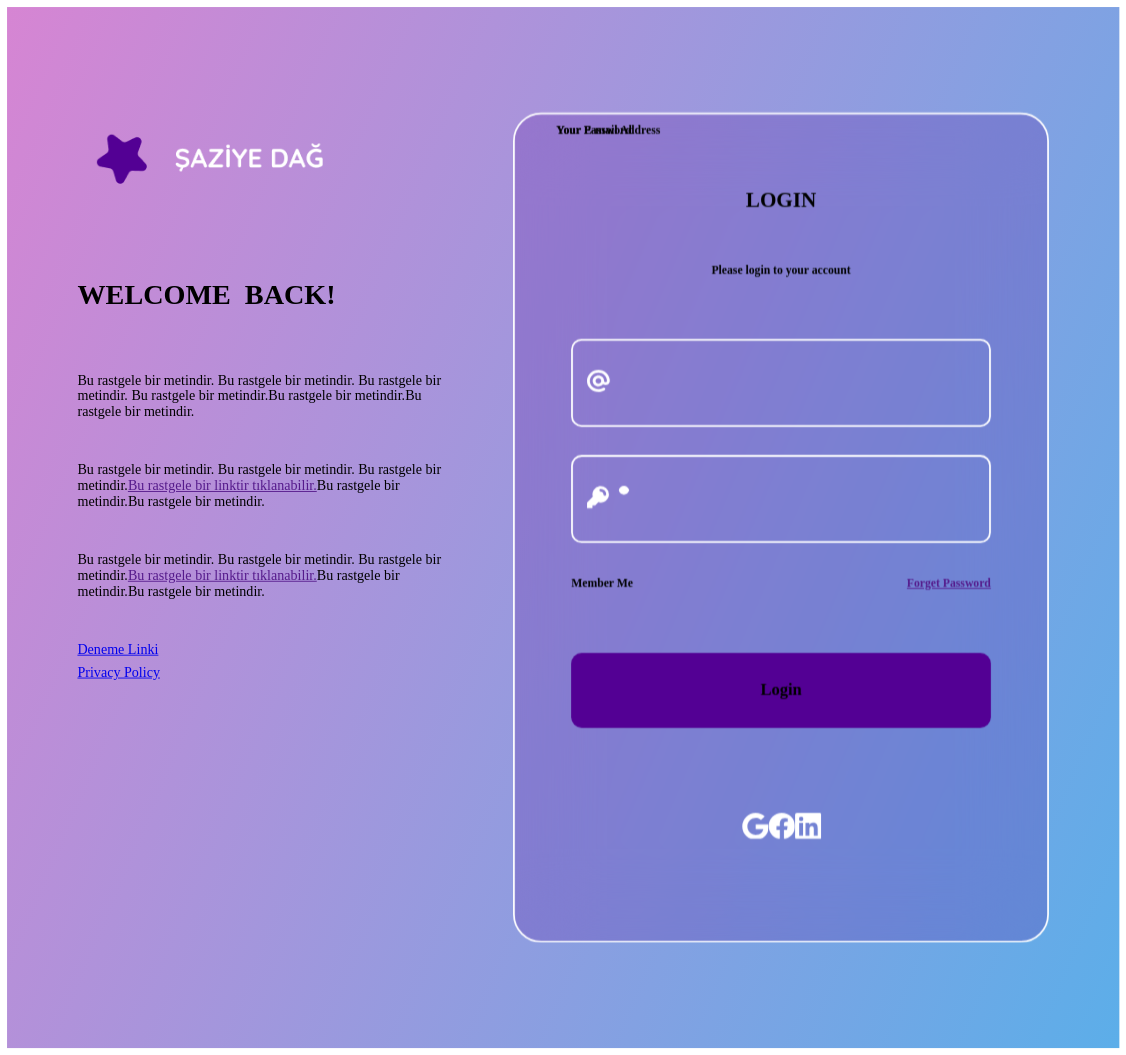
Repository: szydag/login
Page: /
The author's editor kept a copy of each file at every save. The page is drawn from the files as they stood at one save, then again after the next save.
The browser window is 1280 px wide. The pictures show the whole page, at 88% of full size.
The project was rebuilt for these pictures with package versions that can differ from the ones it lists, and the page was loaded fresh each time. Also part of the build but not shown: src/assets/svgr/unhiddenIcon/index.js.

Above is the page before, as saved 2023-10-22 20:05:48.

### src/index.js
import React from 'react';
import ReactDOM from 'react-dom/client';
import App from './app/index';
import {
    BrowserRouter
} from "react-router-dom";

const root = ReactDOM.createRoot(document.getElementById('root'));
root.render(
    <BrowserRouter>
        <App />
    </BrowserRouter>
);

### src/app/index.js
import LoginPage from "./pages/login";
import useStyles from "./style";

const App = () => {
    useStyles();
    return <div>
        <LoginPage />
    </div>

};

export default App;

### src/app/pages/login/index.js
import React, { useEffect } from 'react'
import useStyles from './style';
import logo from './../../../assets/logo.png'
import MailIcon from './../../../assets/svgr/mailIcon/index.js'
import PasswordIcon from './../../../assets/svgr/passwordIcon/index.js'
import HiddenIcon from './../../../assets/svgr/hiddenIcon/index.js'
import UnhiddenIcon from './../../../assets/svgr/unhiddenIcon/index.js'
import GoogleIcon from './../../../assets/svgr/googleIcon/index.js'
import FacebookIcon from './../../../assets/svgr/facebookIcon/index.js'
import LinkedInIcon from './../../../assets/svgr/linkedInIcon/index.js'
const LoginPage = () => {

    const classes = useStyles();
    return <div
        className={classes.loginPage}
    >
        <div
            className={classes.promotionTexts}
        >
            <div
                className={classes.logo}
            >
                <img
                    src={logo}
                    alt=""
                />
            </div>
            <div
                className={classes.mainContent}
            >
                <div
                    className={classes.title}
                >
                    <h1>WELCOME</h1>
                    <h1>BACK!</h1>
                </div>
                <div
                    className={classes.contentText}
                >
                    <p>
                        Bu rastgele bir metindir. Bu rastgele bir metindir. Bu rastgele bir metindir. Bu rastgele bir metindir.Bu rastgele bir metindir.Bu rastgele bir metindir.
                    </p>
                    <p>
                        Bu rastgele bir metindir. Bu rastgele bir metindir. Bu rastgele bir metindir.
                        <a
                            href=""
                        >
                            Bu rastgele bir linktir tıklanabilir.
                        </a>
                        Bu rastgele bir metindir.Bu rastgele bir metindir.
                    </p>
                    <p>
                        Bu rastgele bir metindir. Bu rastgele bir metindir. Bu rastgele bir metindir.
                        <a
                            href=""
                        >
                            Bu rastgele bir linktir tıklanabilir.
                        </a>
                        Bu rastgele bir metindir.Bu rastgele bir metindir.
                    </p>
                </div>
                <div
                    className={classes.links}
                >
                    <a
                        href="

                    ">
                        Deneme Linki
                    </a>
                    <a
                        href="

                    ">
                        Privacy Policy
                    </a>
                </div>

            </div>
        </div>
        <div
            className={classes.loginArea}
        >
            <div
                className={classes.header}
            >
                <h2>LOGIN</h2>
                <h5>Please login to your account</h5>
            </div>
            <div
                className={classes.container}
            >
                <div
                    className={classes.loginMainContent}
                >
                    <div
                        className={classes.inputArea}
                    >
                        <div
                            className={classes.mailInput}
                        >
                            <div
                                className={classes.content}
                            >
                                <MailIcon
                                    color='#ffffff'
                                    size={30}
                                ></MailIcon>

                            </div>
                            <div
                                className={classes.inputTitle}
                            >
                                <h5>Your E-mail  Address</h5>
                            </div>
                        </div>
                        <div
                            className={classes.passwordInput}
                        >
                            <div
                                className={classes.content}
                            >
                                <PasswordIcon
                                    color='#ffffff'
                                    size={30}
                                >
                                </PasswordIcon>
                                <HiddenIcon
                                    color='#ffffff'
                                    size={30}
                                >

                                </HiddenIcon>
                            </div>
                            <div
                                className={classes.inputTitle}
                            >
                                <h5>Your Password</h5>
                            </div>

                        </div>
                    </div>
                    <div
                        className={classes.passwordSettingsArea}
                    >
                        <div
                            className={classes.memberMeArea}
                        >
                            <h5>Member Me</h5>
                        </div>
                        <h5>
                            <a href="">
                                Forget Password
                            </a>
                        </h5>
                    </div>
                </div>
                <div
                    className={classes.loginButton}
                >
                    <h3>Login</h3>
                </div>
            </div>
            <div
                className={classes.accountSettings}
            >
                <div
                    className={classes.accountSettingsTitle}
                >

                </div>
                <div
                    className={classes.socialMediaIcons}
                >
                    <GoogleIcon
                        color='#ffffff'
                        size={30}
                    >
                    </GoogleIcon>
                    <FacebookIcon
                        color='#ffffff'
                        size={30}
                    >
                    </FacebookIcon>
                    <LinkedInIcon
                        color='#ffffff'
                        size={30}
                    >
                    </LinkedInIcon>
                </div>
                <div
                    className={classes.newAccountArea}
                >

                </div>
            </div>
        </div>
    </div>
}

export default LoginPage;

### src/app/style.js
import { createUseStyles } from "react-jss";

const useStyles = createUseStyles({
    loginPage: {
    },
})
export default useStyles;

### src/app/pages/login/style.js

import { createUseStyles } from "react-jss";

const useStyles = createUseStyles({
    loginPage: {
        display: 'flex',
        padding: '120px 80px',
        alignItems: 'flex-start',
        gap: '80px',
        background: 'linear-gradient(113deg, #B9A675 0%, #D685D3 0%, #5CAEE9 100%)',
    },
    promotionTexts: {
        display: 'flex',
        flexDirection: 'column',
        alignItems: 'flex-start',
        gap: '64px',
        flex: '1 0 0',
        alignSelf: 'stretch',
    },
    logo: {
        display: 'flex',
        alignItems: 'center',
        gap: '8px',
    },
    mainContent: {
        display: 'flex',
        flexDirection: 'column',
        justifyContent: ' center',
        alignItems: 'flex-start',
        gap: '32px',
        alignSelf: 'stretch',
    },
    title: {
        display: 'flex',
        alignItems: 'flex-start',
        gap: '16px',
    },
    contentText: {
        display: 'flex',
        flexDirection: 'column',
        alignItems: 'flex - start',
        gap: '16px',
        alignSelf: 'stretch',
    },
    links: {
        display: 'flex',
        flexDirection: 'column',
        alignItems: 'flex-start',
        gap: '8px',
    },
    loginArea: {
        display: 'flex',
        padding: '64px',
        flexDirection: 'column',
        justifyContent: 'center',
        alignItems: 'center',
        gap: '48px',
        alignSelf: 'stretch',
        borderRadius: '32px',
        border: '2px solid #FFF',
        background: 'rgba(83, 0, 148, 0.20)',
        backdropFilter: 'blur(45px)',
    },
    header: {
        display: 'flex',
        flexDirection: 'column',
        alignItems: 'center',
        gap: '16px',
    },
    container: {
        display: 'flex',
        flexDirection: 'column',
        alignItems: 'flex-start',
        gap: '48px',
        alignSelf: 'stretch',
    },
    loginMainContent: {
        display: 'flex',
        flexDirection: 'column',
        justifyContent: 'center',
        alignItems: 'center',
        gap: '16px',
        alignSelf: 'stretch',
    },
    inputArea: {
        display: 'flex',
        flexDirection: 'column',
        alignItems: 'flex-start',
        gap: '32px',
        alignSelf: 'stretch',
    },
    mailInput: {
        display: 'flex',
        height: '64px',
        padding: '16px',
        flexDirection: 'column',
        justifyContent: 'center',
        alignItems: 'flex-start',
        gap: '437px',
        alignSelf: 'stretch',
        borderRadius: '12px',
        border: '2px solid #FFF',
    },
    content: {
        display: 'flex',
        justifyContent: 'center',
        alignItems: 'center',
        gap: '6px',
    },
    inputTitle: {
        display: 'flex',
        padding: '0px 10px',
        alignItems: 'center',
        gap: '10px',
        position: 'absolute',
        left: '37px',
        top: '-12px',
    },
    passwordInput: {
        display: 'flex',
        height: '64px',
        padding: '16px',
        justifyContent: 'space-between',
        alignItems: 'center',
        alignSelf: 'stretch',
        borderRadius: '12px',
        border: '2px solid #FFF',
    },
    passwordSettingsArea: {
        display: 'flex',
        justifyContent: 'space-between',
        alignItems: 'flex-start',
        alignSelf: 'stretch',
    },
    memberMeArea: {
        display: 'flex',
        alignItems: 'center',
        gap: '16px',
    },
    loginButton: {
        display: 'flex',
        padding: '13px 215px',
        justifyContent: 'center',
        alignItems: 'center',
        gap: '10px',
        alignSelf: 'stretch',
        borderRadius: '12px',
        background: '#530094',
    },
    accountSettings: {
        display: 'flex',
        flexDirection: 'column',
        alignItems: 'center',
        gap: '48px',
    },
    accountSettingsTitle: {
        display: 'flex',
        justifyContent: 'center',
        alignItems: 'center',
        gap: '8px',
    },
    socialMediaIcons: {
    },
    newAccountArea: {
    },
})
export default useStyles;

### src/assets/svgr/mailIcon/index.js
import * as React from "react"
const MailIcon = ({
    color = "#ffffff",
    size = 30,
    ...props
}) => {
    const pathScale = 30 / size;
    return <svg
        xmlns="http://www.w3.org/2000/svg"
        width={size}
        height={size}
        fill="none"
        {...props}
    >
        <path
            fill={color}
            transform={`scale(${1 / 1})`}
            d="M19.894 6.125c-3.807-3.661-9.98-3.661-13.788 0s-3.808 9.597 0 13.258c3.31 3.183 8.41 3.6 12.187 1.248.753-.47 1.759-.263 2.247.461.488.725.273 1.692-.48 2.161-5.038 3.138-11.837 2.586-16.252-1.66-5.077-4.881-5.077-12.796 0-17.678 5.076-4.881 13.308-4.881 18.384 0C24.73 6.355 26 9.558 26 12.755c0 2.588-2.183 4.687-4.875 4.687a4.982 4.982 0 0 1-2.925-.937c-1.186 1.517-3.074 2.5-5.2 2.5-3.59 0-6.5-2.799-6.5-6.25 0-3.453 2.91-6.25 6.5-6.25s6.5 2.797 6.5 6.25c0 .862.727 1.562 1.625 1.562s1.625-.7 1.625-1.563c0-2.402-.952-4.798-2.856-6.629Zm-3.644 6.63c0-1.727-1.455-3.126-3.25-3.126s-3.25 1.4-3.25 3.125c0 1.726 1.455 3.125 3.25 3.125s3.25-1.399 3.25-3.125Z"
        />
    </svg>
}
export default MailIcon

### src/assets/svgr/passwordIcon/index.js
import * as React from "react"
const PasswordIcon = ({
    color = "#ffffff",
    size = 30,
    ...props
}) => {
    const pathScale = 30 / size;
    return <svg
        xmlns="http://www.w3.org/2000/svg"
        width={size}
        height={size}
        fill="none"
        {...props}
    >
        <path
            fill={color}
            transform={`scale(${1 / 1})`}
            d="M25 9.63a9.375 9.375 0 0 1-12.098 8.972L9.375 22.13H6.25v3.125H0v-6.25l6.652-6.652A9.375 9.375 0 1 1 25 9.63Zm-9.375-6.25a1.563 1.563 0 0 0 0 3.124c1.726 0 3.125 1.4 3.125 3.125a1.563 1.563 0 0 0 3.125 0 6.25 6.25 0 0 0-6.25-6.25Z"
        />
    </svg>
}
export default PasswordIcon

### src/assets/svgr/hiddenIcon/index.js
import * as React from "react"
const HiddenIcon = ({
    color = "#ffffff",
    size = 30,
    ...props
}) => {
    const pathScale = 30 / size;
    return <svg
        xmlns="http://www.w3.org/2000/svg"
        width={size}
        height={size}
        fill="none"
        {...props}
    >
        <path
            fill={color}
            transform={`scale(${1 / 1})`}
            d="M0 5.03C.801 2.115 3.185 0 6 0s5.199 2.115 6 5.03c-.801 2.915-3.185 5.03-6 5.03S.801 7.945 0 5.03Zm8.515 0C8.515 6.617 7.39 7.904 6 7.904c-1.39 0-2.515-1.287-2.515-2.874C3.485 3.443 4.61 2.156 6 2.156c1.39 0 2.515 1.287 2.515 2.874Z"
        />
    </svg>
}
export default HiddenIcon

### src/assets/svgr/googleIcon/index.js
import * as React from "react"
const GoogleIcon = ({
    color = "#ffffff",
    size = 30,
    ...props
}) => {
    const pathScale = 30 / size;
    return <svg
        xmlns="http://www.w3.org/2000/svg"
        width={size}
        height={size}
        fill="none"
        {...props}
    >
        <path
            fill={color}
            transform={`scale(${1 / 1})`}
            d="M30.5 16.357c0 8.698-5.957 14.889-14.754 14.889A15.228 15.228 0 0 1 .5 16 15.228 15.228 0 0 1 15.746.754c4.106 0 7.561 1.506 10.223 3.99l-4.15 3.99C16.392 3.496 6.298 7.43 6.298 16c0 5.318 4.248 9.627 9.449 9.627 6.037 0 8.3-4.328 8.656-6.572h-8.656v-5.243H30.26c.142.78.24 1.53.24 2.545Z"
        />
    </svg>
}
export default GoogleIcon

### src/assets/svgr/facebookIcon/index.js
import * as React from "react"
const FacebookIcon = ({
    color = "#ffffff",
    size = 30,
    ...props
}) => {
    const pathScale = 30 / size;
    return <svg
        xmlns="http://www.w3.org/2000/svg"
        width={size}
        height={size}
        fill="none"
        {...props}
    >
        <path
            fill={color}
            transform={`scale(${1 / 1})`}
            d="M30.5 15.754c0-8.286-6.714-15-15-15s-15 6.714-15 15c0 7.487 5.485 13.692 12.656 14.819V20.09h-3.81v-4.336h3.81V12.45c0-3.759 2.238-5.835 5.666-5.835 1.641 0 3.358.293 3.358.293v3.689h-1.892c-1.863 0-2.444 1.156-2.444 2.343v2.815h4.16l-.666 4.336h-3.494v10.483C25.014 29.446 30.5 23.24 30.5 15.754Z"
        />
    </svg>
}
export default FacebookIcon

### src/assets/svgr/linkedInIcon/index.js
import * as React from "react"
const LinkedInIcon = ({
    color = "#ffffff",
    size = 30,
    ...props
}) => {
    const pathScale = 30 / size;
    return <svg
        xmlns="http://www.w3.org/2000/svg"
        width={size}
        height={size}
        fill="none"
        {...props}
    >
        <path
            fill={color}
            transform={`scale(${1 / 1})`}
            d="M28.357.754H2.637C1.456.754.5 1.725.5 2.917v25.674c0 1.192.958 2.163 2.136 2.163h25.721c1.179 0 2.143-.97 2.143-2.163V2.917c0-1.192-.964-2.163-2.143-2.163ZM9.567 26.468H5.121V12.151h4.453v14.317h-.007ZM7.344 10.196a2.58 2.58 0 0 1 0-5.156 2.584 2.584 0 0 1 2.578 2.578 2.575 2.575 0 0 1-2.578 2.578Zm18.89 16.272h-4.446v-6.964c0-1.66-.034-3.797-2.31-3.797-2.317 0-2.672 1.808-2.672 3.677v7.084h-4.447V12.151h4.266v1.956h.06c.596-1.125 2.05-2.31 4.212-2.31 4.5 0 5.337 2.966 5.337 6.823v7.848Z"
        />
    </svg>
}
export default LinkedInIcon

Loaded but not shown: public/index.html (common file)

After the next save:
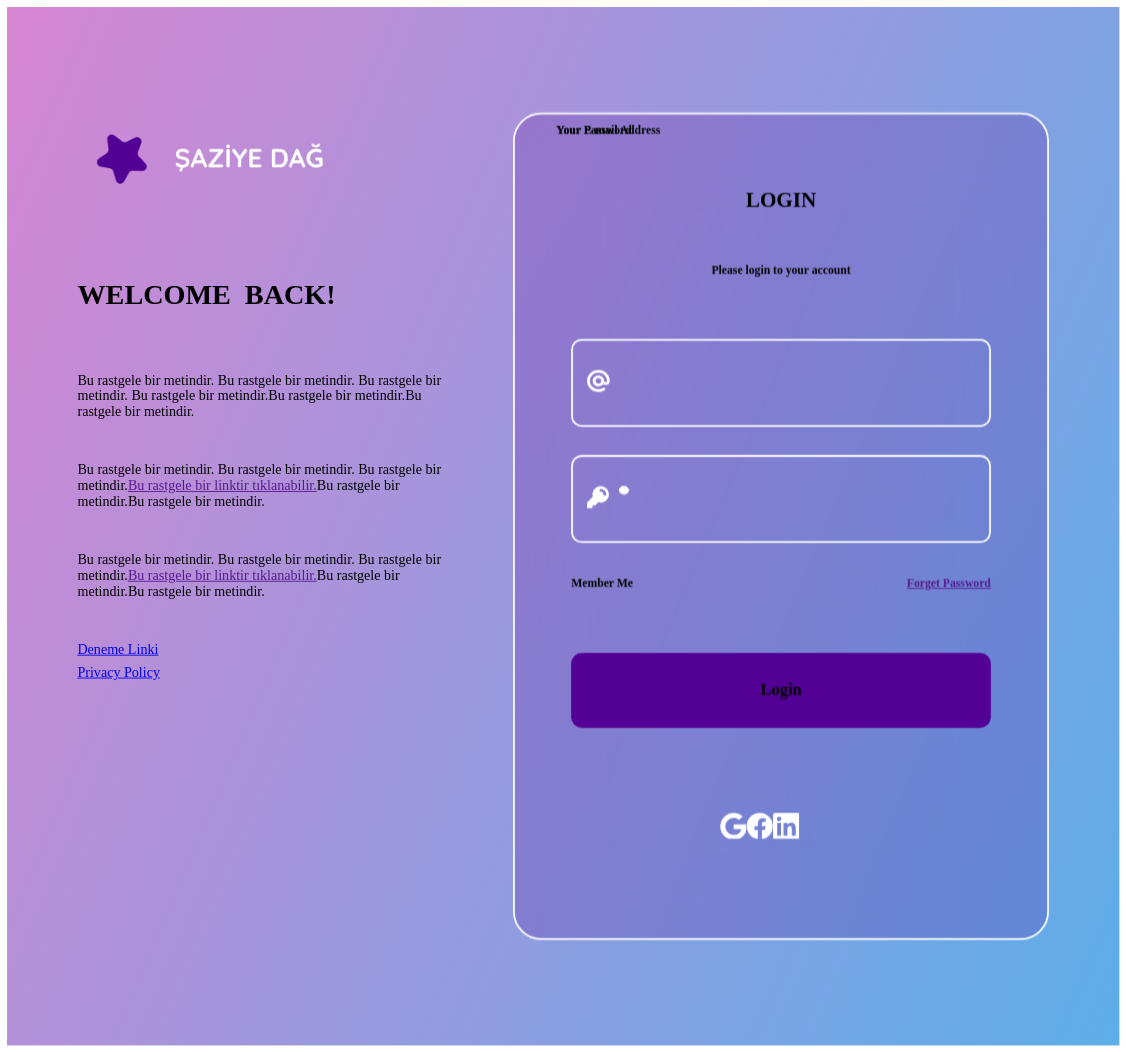
Saved 27 s later.
--- a/src/app/pages/login/style.js
+++ b/src/app/pages/login/style.js
@@ -160,6 +160,8 @@ const useStyles = createUseStyles({
         gap: '8px',
     },
     socialMediaIcons: {
+        width: '140px',
+        height: '31.492px',
     },
     newAccountArea: {
     },
